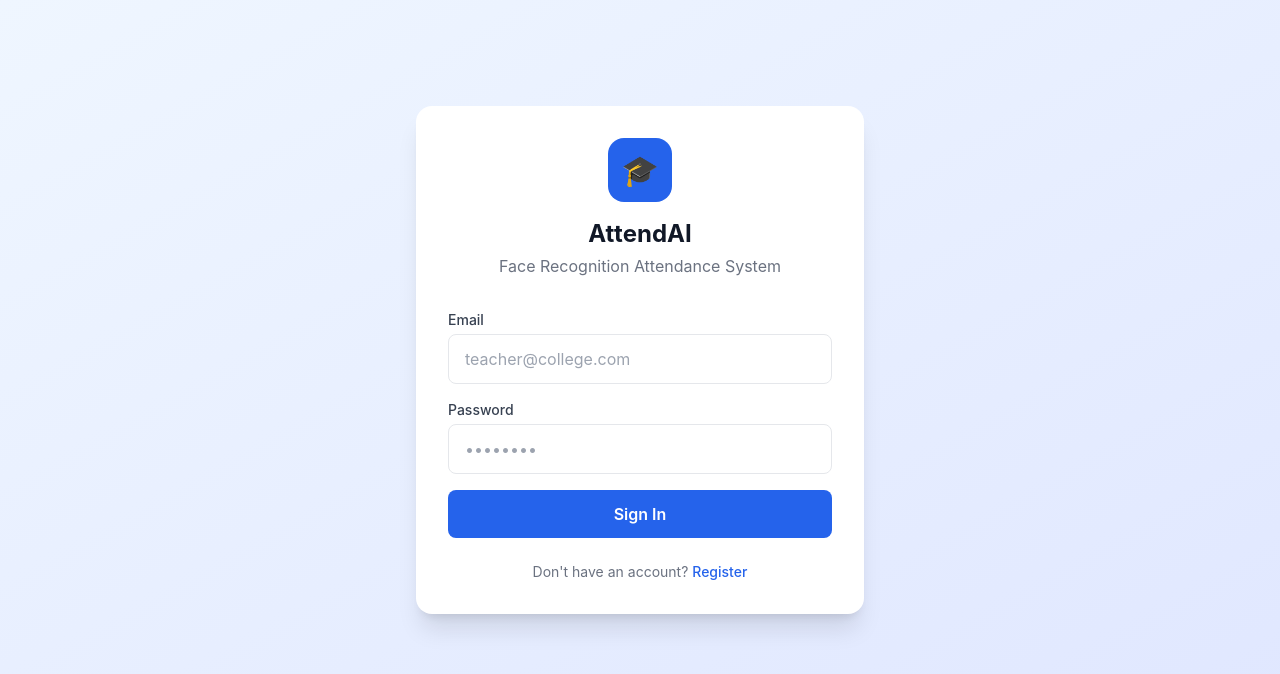
Repository: shraddha-dasgude-611/face-attendance-system
Page: /login (app in frontend/)
The author's editor kept a copy of each file at every save. The page is drawn from the files as they stood at one save, then again after a run of saves.
The browser window is 1280 px wide. The pictures show the whole page.
The project was rebuilt for these pictures with package versions that can differ from the ones it lists, and the page was loaded fresh each time. Also part of the build but not shown: frontend/vite.config.js, frontend/src/components/Navbar.jsx, frontend/src/pages/TeacherDashboard.jsx. Imported but missing from the stored project, and not drawn on this page: frontend/src/pages/Register, frontend/src/pages/StudentRegister, frontend/src/pages/TakeAttendance.

Above is the page before, as saved 2026-05-26 19:11:42.

After the next 5 saves:
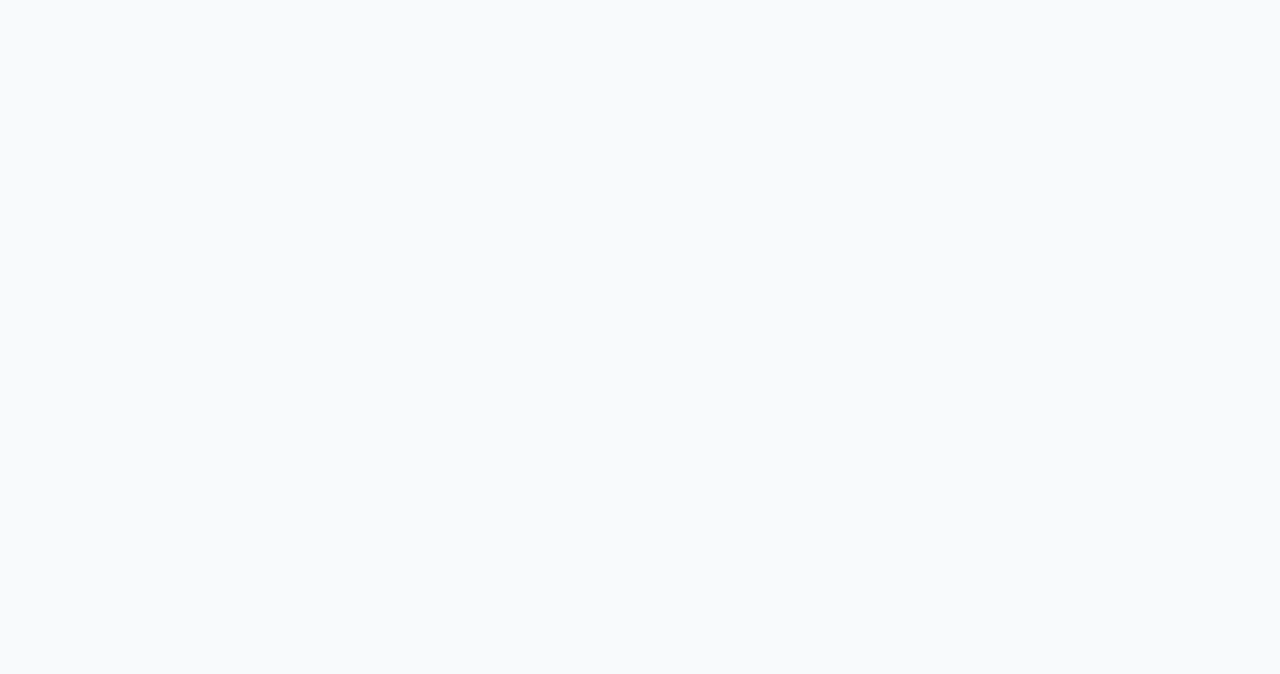
Console error: ReferenceError: Register is not defined
The 5 saves are shown as one change because 2 did not build or start and some came seconds apart.
The last was saved 2 min 57 s later.
--- a/frontend/src/App.jsx
+++ b/frontend/src/App.jsx
@@ -4,7 +4,6 @@
 import { AuthProvider, useAuth } from './context/AuthContext';
 import Navbar from './components/Navbar';
 import Login from './pages/Login';
-import Register from './pages/Register';
 import TeacherDashboard from './pages/TeacherDashboard';
 import TakeAttendance from './pages/TakeAttendance';
 import StudentRegister from './pages/StudentRegister';

After the 3 saves that followed:
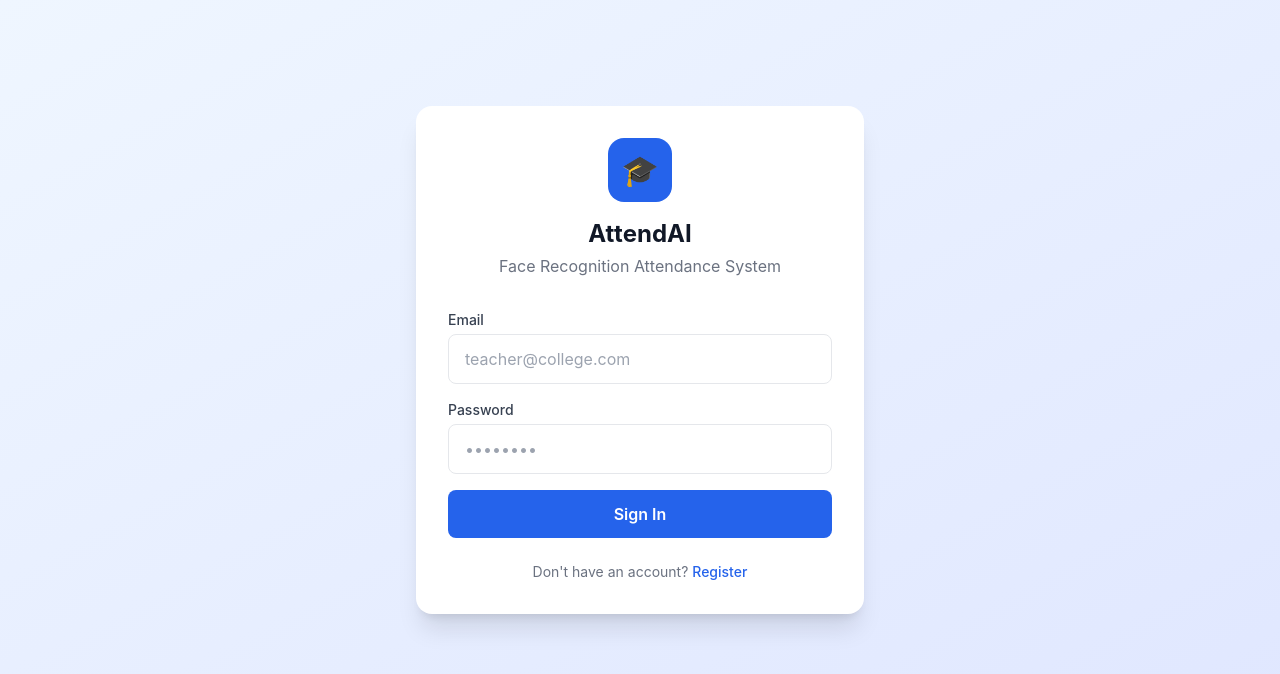
The error is gone.
The 3 saves are shown as one change because 1 left the picture as it was and some came seconds apart.
The last was saved 2 min 32 s later.
--- a/frontend/src/App.jsx
+++ b/frontend/src/App.jsx
@@ -31,7 +31,7 @@
   return (
     <Routes>
       <Route path="/login" element={<Login />} />
-      <Route path="/register" element={<Register />} />
+      <Route path="/register" element={<StudentRegister />} />
       <Route path="/" element={
         user ? <Navigate to={user.role === 'student' ? '/student-dashboard' : '/teacher-dashboard'} /> : <Navigate to="/login" />
       } />
